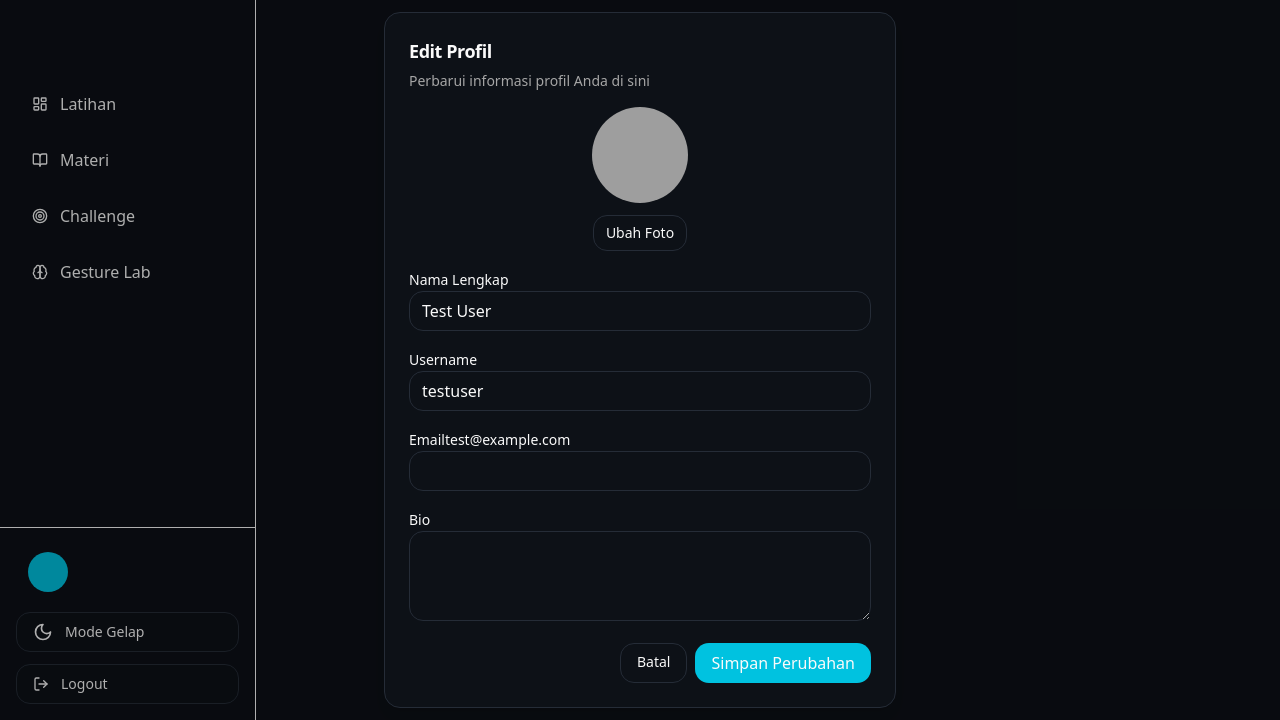
Repository: Tisna7/GESTURA
Page: http://localhost/profile/edit
An editor plug-in stored every save of this project. The page is shown before and after the next save, followed by the edit.
The browser window is 1280 px wide. The pictures show the whole page.
Pictures or frames that could not be fetched are drawn as grey boxes. The page is served by the project's Laravel application, run on PHP 8.4 with Laravel 12. A made-up administrator, Test User (test@example.com), is signed in. Style sheets and scripts are compiled from the project's sources, by tool versions that may differ from the author's.

Above is the page before, as saved 2025-11-23 16:32:57.

After the next save:
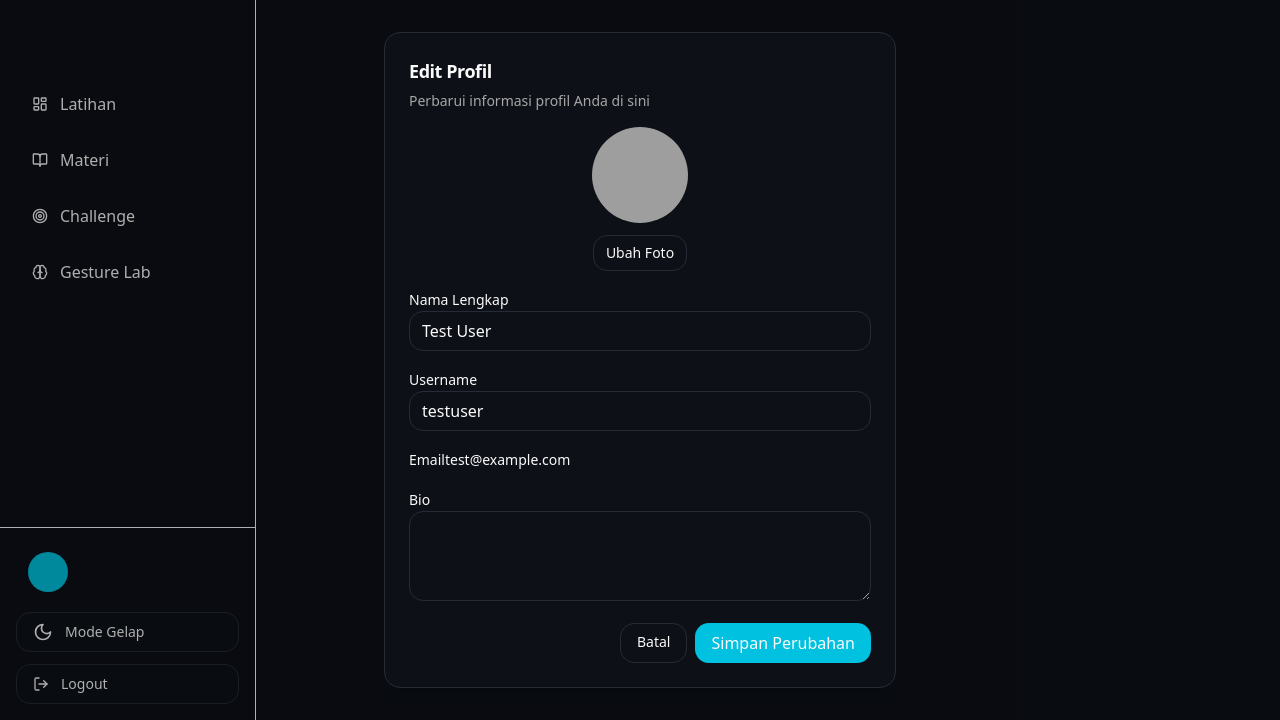
Saved 7 s later.
--- a/resources/views/user/profile-edit.blade.php
+++ b/resources/views/user/profile-edit.blade.php
@@ -56,8 +56,7 @@
 
                     <div>
                         <label class="text-sm font-medium">Email{{ old('email', $user->email) }}</label>
-                        <input type="email" name="email" value=""
-                            class="w-full h-10 rounded-md border px-3 py-2">
+
                     </div>
 
                     <div>
